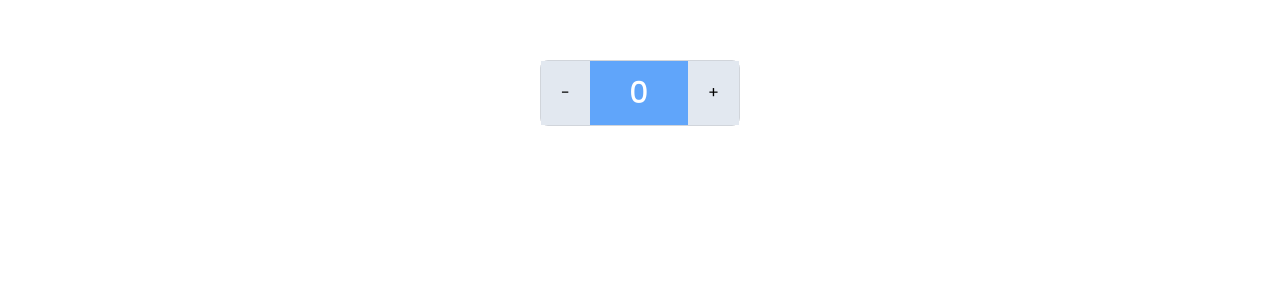
Repository: ThanhPhongsof/React-Course
Page: /
These files come from the project's save history. The page is drawn as it stood at one moment and after the next save; the edit follows.
The browser window is 1280 px wide. The pictures show the whole page.
The project was rebuilt for these pictures with package versions that can differ from the ones it lists, and the page was loaded fresh each time. Also part of the build but not shown: src/components/advanced-react/react-composition/accordion-context.js, src/components/advanced-react/react-composition/useToggle.js, src/components/advanced-react/react-composition/AccordionContent.js, src/components/advanced-react/react-composition/AccordionHeader.js, src/components/advanced-react/react-composition/Accordion.js, src/components/advanced-react/react-composition/Edittable.js.

Above is the page before, as saved 2022-04-25 11:43:08.

After the next save:
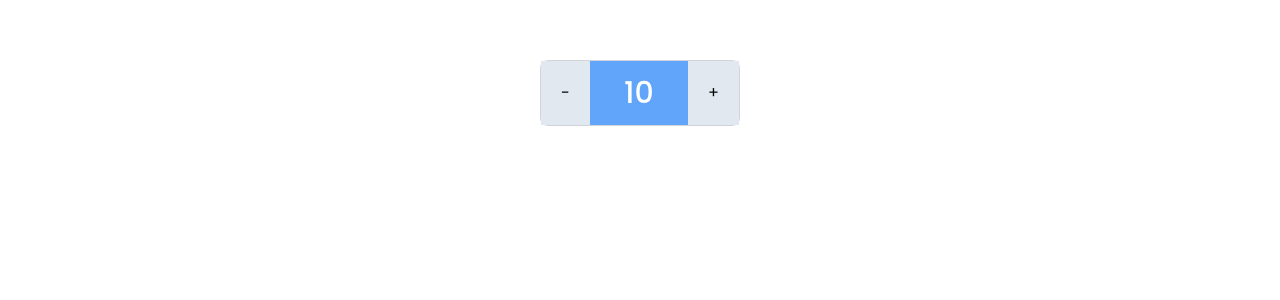
Saved 6 s later.
--- a/src/components/advanced-react/control-props/Count.js
+++ b/src/components/advanced-react/control-props/Count.js
@@ -5,7 +5,7 @@ const Count = () => {
   const { count } = useCount();
   return (
     <span className="flex items-center justify-center flex-1 text-3xl font-medium text-white bg-blue-400">
-      0
+      {count}
     </span>
   );
 };
